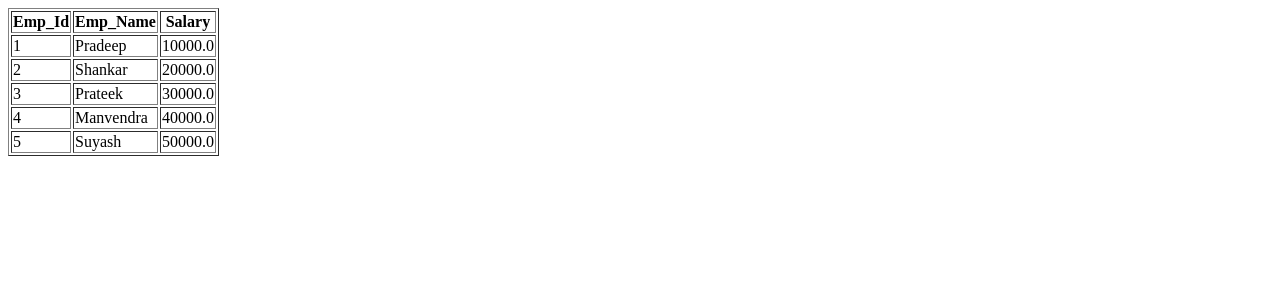
Repository: pradeep9689/monoceptAssignment
Page: http://localhost/04-jstl-tag-demo/employee-for-each.jsp
An editor plug-in stored every save of this project. The page is shown before and after the next save, followed by the edit.
The browser window is 1280 px wide. The pictures show the whole page.
The page is served by Tomcat 9.

Above is the page before, as saved 2024-07-15 09:33:58.

### 04-jstl-tag-demo/WebContent/employee-for-each.jsp
<%@ page language="java" contentType="text/html; charset=ISO-8859-1"
	pageEncoding="ISO-8859-1"%>
<%@ taglib uri="http://java.sun.com/jsp/jstl/core" prefix="c"%>
<%@ taglib uri="http://java.sun.com/jsp/jstl/functions" prefix="fn"%>
<%@ page
	import="java.util.List,java.util.ArrayList,com.monocept.model.Employee"%>
<!DOCTYPE html>
<html>
<head>
<meta charset="ISO-8859-1">
<title>Insert title here</title>
</head>
<body>
	<%
		List<Employee> emplyees = new ArrayList<Employee>();
	emplyees.add(new Employee(1, "Pradeep", 10000));
	emplyees.add(new Employee(2, "Shankar", 20000));
	emplyees.add(new Employee(3, "Prateek", 30000));
	emplyees.add(new Employee(4, "Manvendra", 40000));
	emplyees.add(new Employee(5, "Suyash", 50000));
	pageContext.setAttribute("EmployeeList", emplyees);
	%>
	<table border=1>
		<tr>
			<th>Emp_Id</th>
			<th>Emp_Name</th>
			<th>Salary</th>
		</tr>
		<c:forEach var="emp" items="${EmployeeList }">
		<tr>	<td>${emp.id}</td>
			<td>${emp.name}</td>
			<td>${emp.salray}</td>
		</tr>


		</c:forEach>

	</table>
</body>
</html>

### 04-jstl-tag-demo/src/com/monocept/model/Employee.java
package com.monocept.model;

public class Employee {
private int id;
private String name;
private double salray;


public Employee(int id, String name, double salray) {
	super();
	this.id = id;
	this.name = name;
	this.salray = salray;
}
public int getId() {
	return id;
}
public void setId(int id) {
	this.id = id;
}
public String getName() {
	return name;
}
public void setName(String name) {
	this.name = name;
}
public double getSalray() {
	return salray;
}
public void setSalray(double salray) {
	this.salray = salray;
}


}

After the next save:
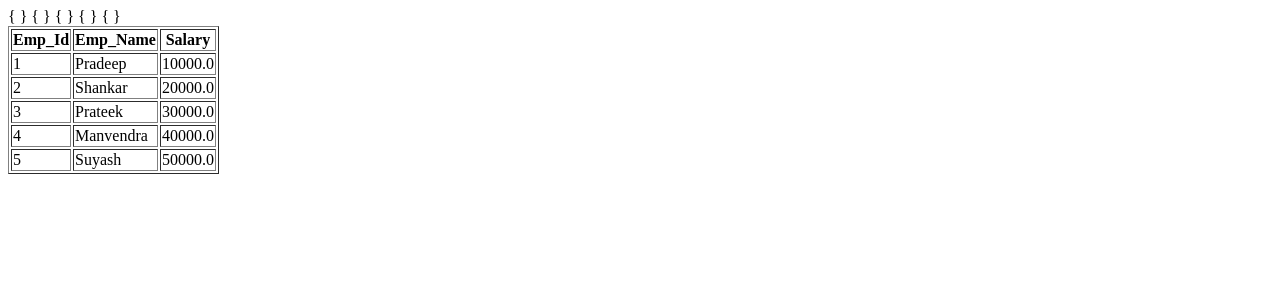
Saved 17 s later.
--- a/04-jstl-tag-demo/WebContent/employee-for-each.jsp
+++ b/04-jstl-tag-demo/WebContent/employee-for-each.jsp
@@ -26,13 +26,13 @@
 			<th>Emp_Name</th>
 			<th>Salary</th>
 		</tr>
-		<c:forEach var="emp" items="${EmployeeList }">
+		<c:forEach var="emp" items="${EmployeeList }">{
 		<tr>	<td>${emp.id}</td>
 			<td>${emp.name}</td>
 			<td>${emp.salray}</td>
 		</tr>
 
-
+}
 		</c:forEach>
 
 	</table>
